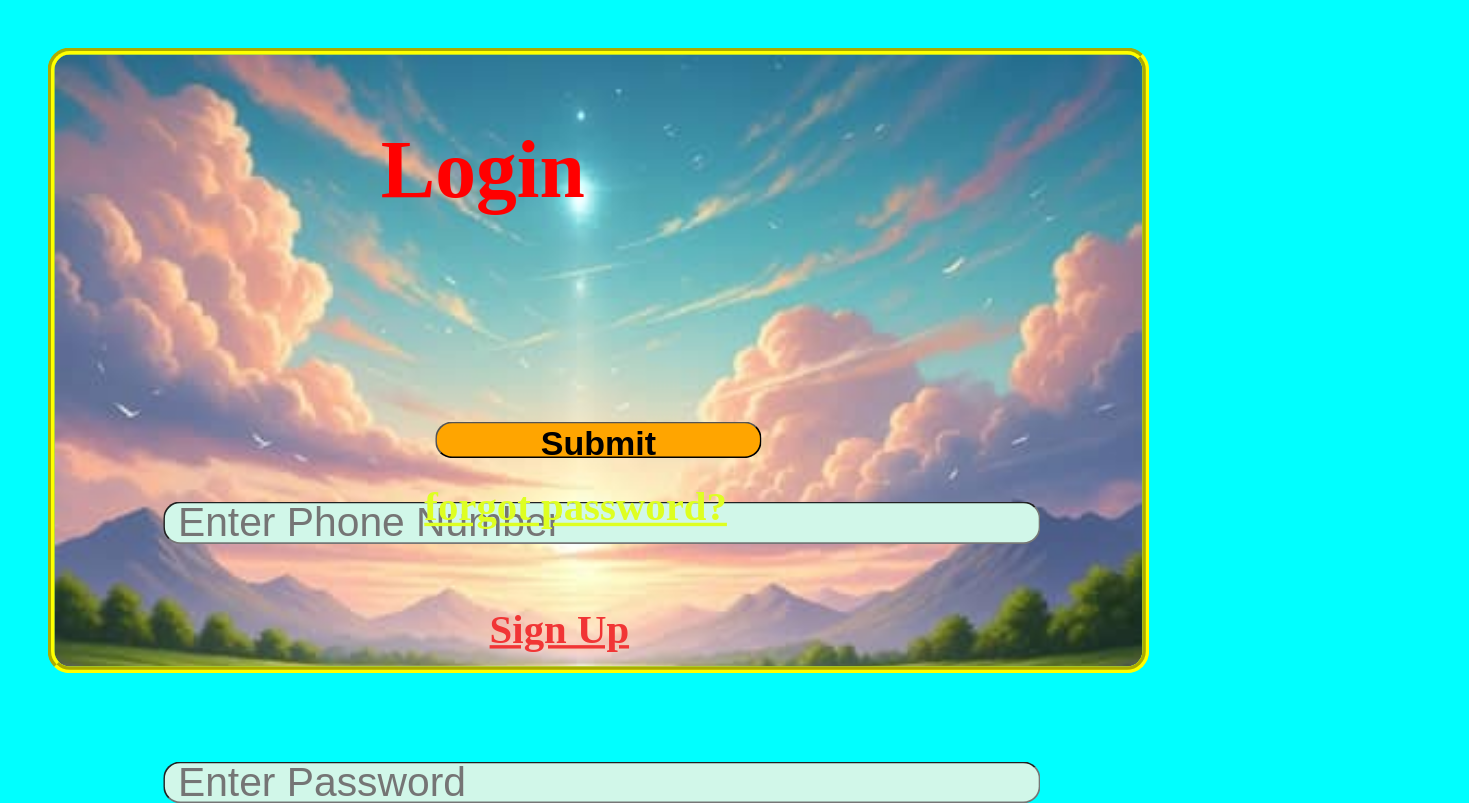
Repository: Amani-Kibet/express-app-web
Page: pages/signup/login.html
These files come from the project's save history. The page is drawn as it stood at one moment and after the next save; the edit follows.
The browser window is 1280 px wide. The page is 1728 px wide, so the pictures cover 1728 px, including what lies to the right of the window. The pictures show the whole page, at 85% of full size.

Above is the page before, as saved 2025-09-28 16:10:50.

After the next save:
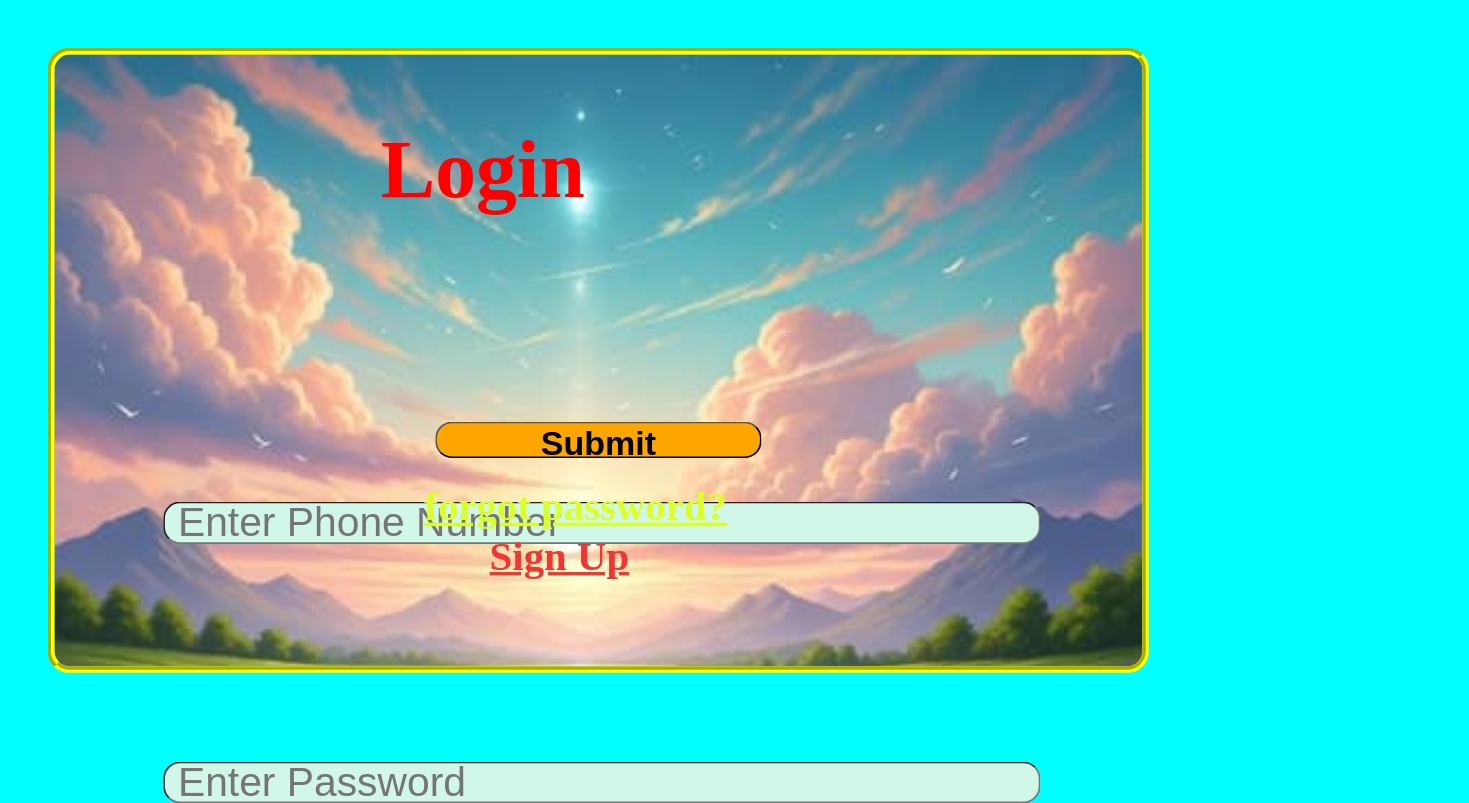
Saved 9 s later.
--- a/pages/signup/login.html
+++ b/pages/signup/login.html
@@ -53,7 +53,7 @@
     color:rgb(222, 255, 34)
   }
   #link2{
-    top: 90%;
+    top: 78%;
     left: 40%;
     color:rgb(241, 53, 53);
   }
